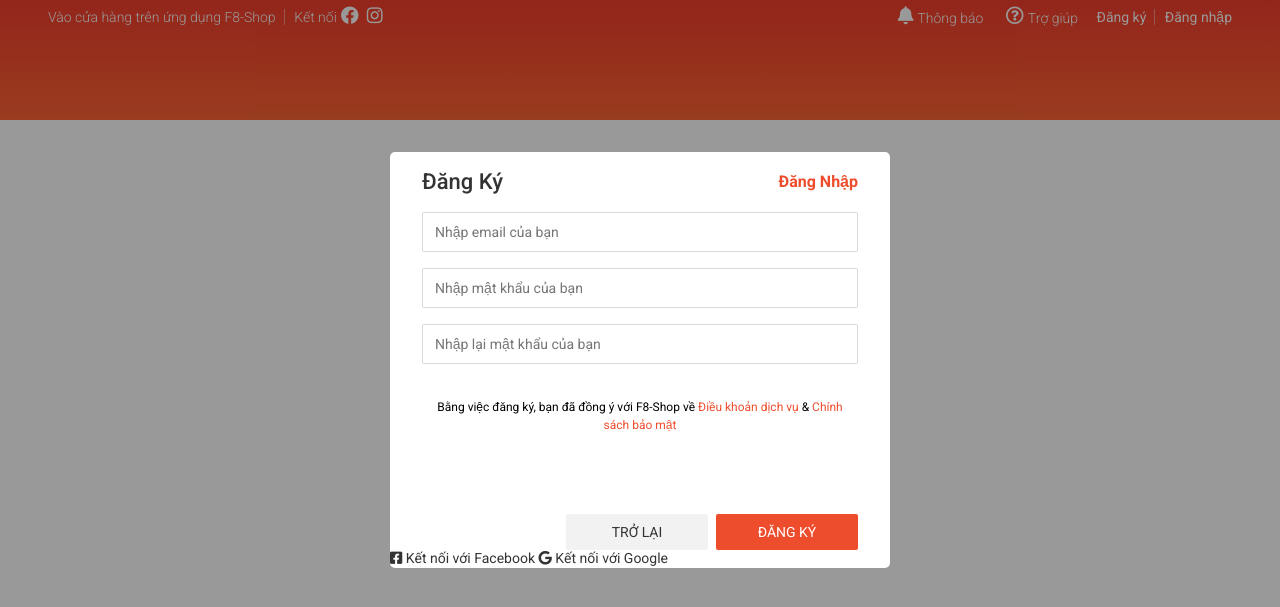
Repository: huynhnhan112/Shopee_Homepage
Page: index.html
An editor plug-in stored every save of this project. The page is shown before and after the next save, followed by the edit.
The browser window is 1280 px wide. The pictures show the whole page.
The pointer rests on the first visible `.btn`.

Above is the page before, as saved 2021-11-19 14:44:05.

After the next save:
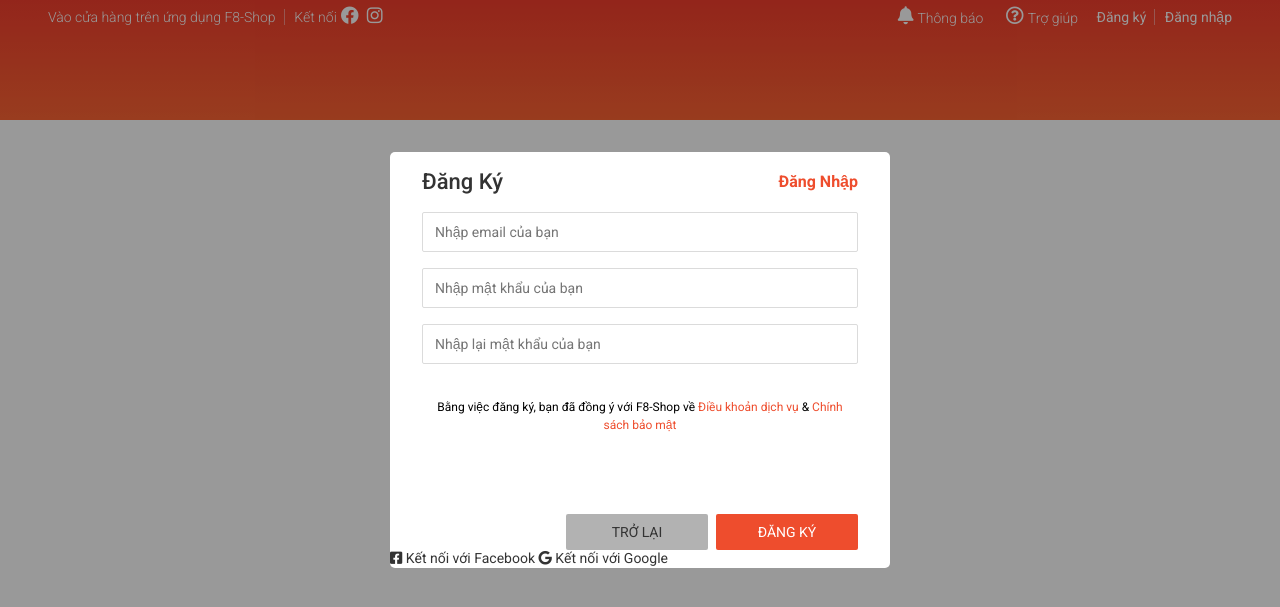
Saved 21 s later.
--- a/assets/css/base.css
+++ b/assets/css/base.css
@@ -79,7 +79,7 @@
 }
 
 .btn:hover{
-    background-color: rgba(0,0,0,0.05);
+    background-color: rgba(0,0,0,0.3);
 }
 
 .btn.btn--primary{
